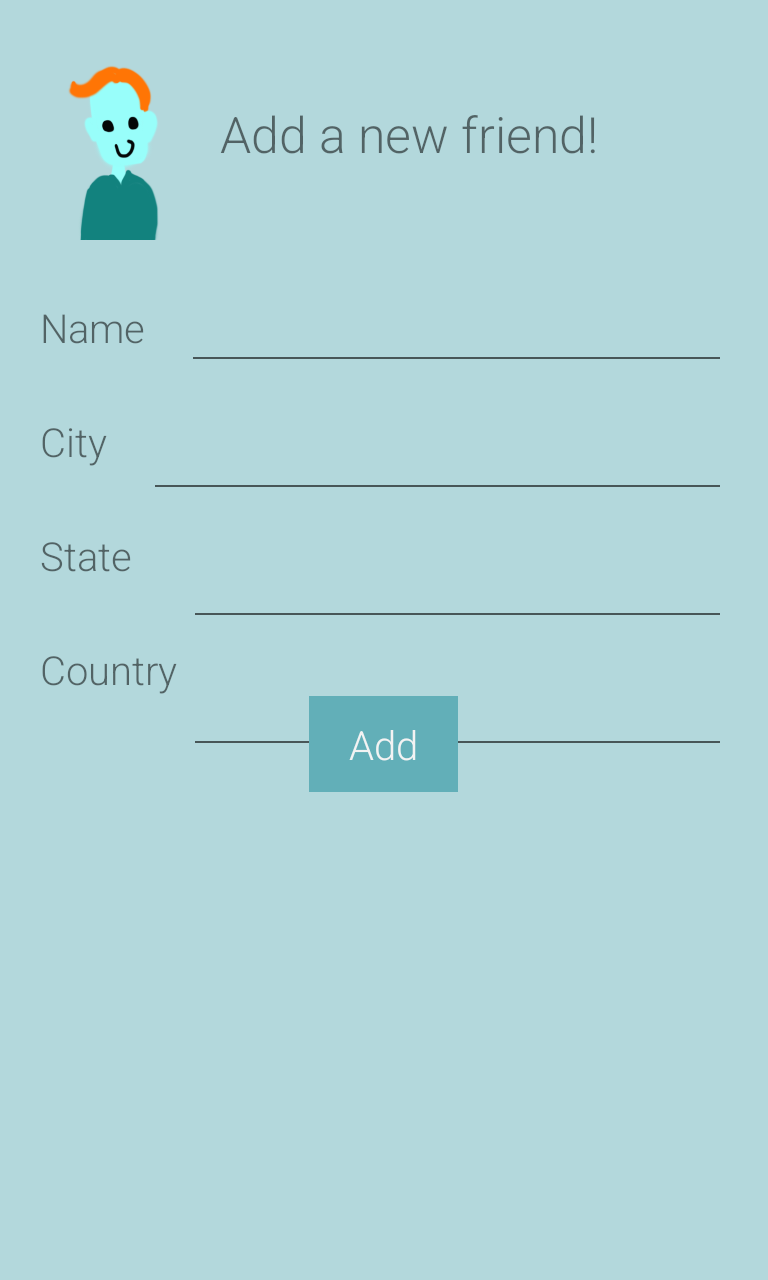
Repository: hinasakazaki/WeatherWithFriends
Layout: WeatherWithFriends/res/layout/add_fragment.xml
An editor plug-in stored every save of this project. The layout is shown before and after the next save, followed by the edit.
It is drawn on a 768 x 1280 px phone screen (xhdpi) without system bars, with theme AppTheme; the app's code is not run.

Above is the layout before, as saved 2014-06-10 22:48:33.

After the next save:
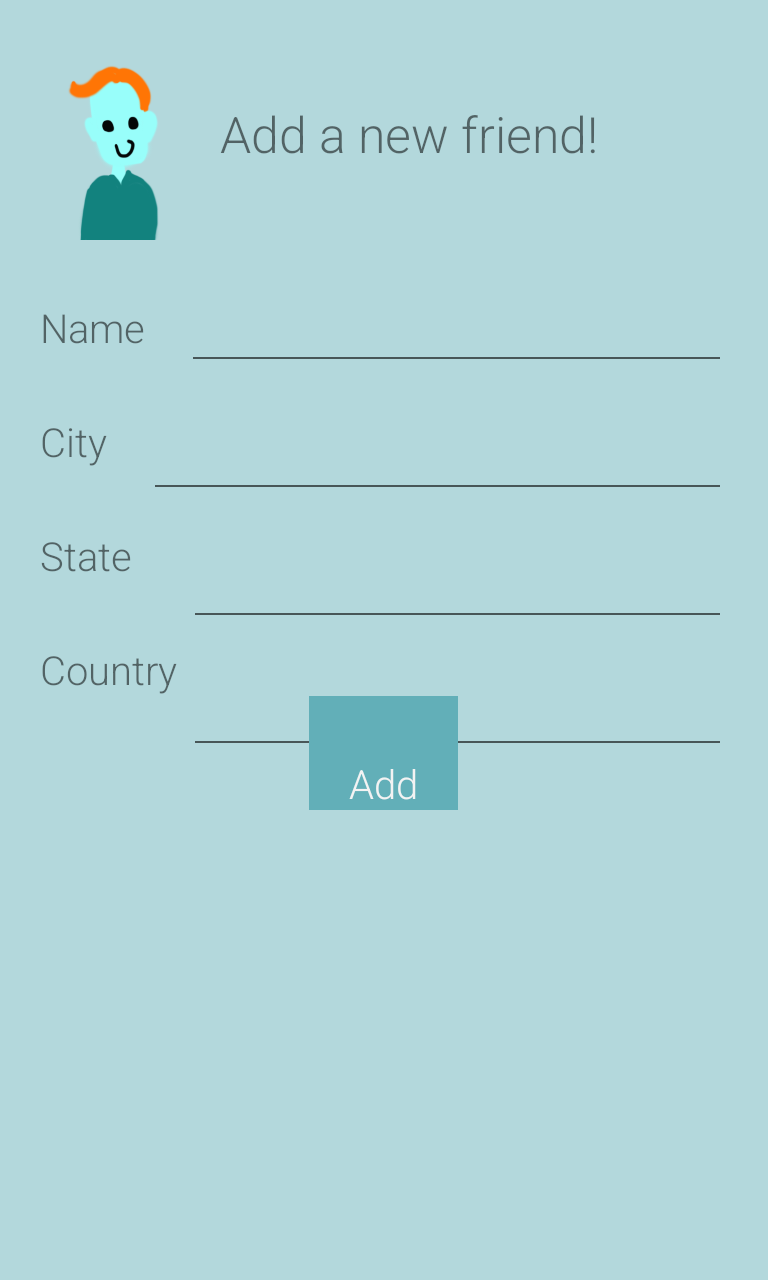
Saved 52 s later.
--- a/WeatherWithFriends/res/layout/add_fragment.xml
+++ b/WeatherWithFriends/res/layout/add_fragment.xml
@@ -144,6 +144,7 @@
             android:paddingLeft="20dp"
             android:paddingRight="20dp"
             android:layout_below="@id/country"
+            android:paddingTop="30dp"
             android:layout_centerHorizontal="true"
             />
 
